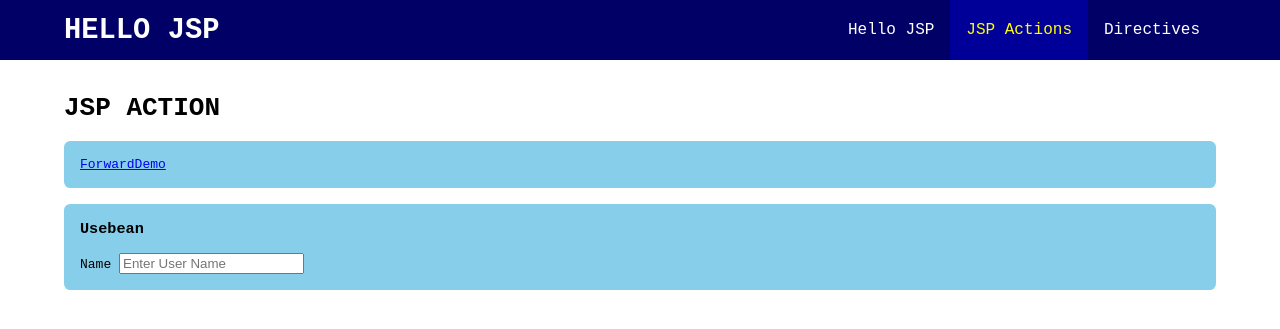
Repository: aungmyattthu/javaWeb
Page: http://localhost/HelloJsp/actions.jsp
These files come from the project's save history. The page is drawn as it stood at one moment and after the next save; the edit follows.
The browser window is 1280 px wide. The pictures show the whole page.
The page is served by Tomcat 9.

Above is the page before, as saved 2023-04-22 10:50:01.

After the next save:
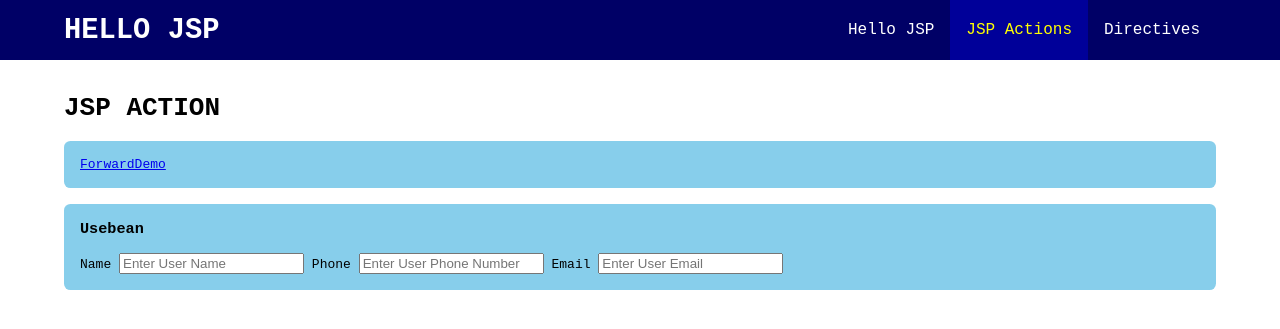
Saved 4 min 1 s later.
--- a/HelloJsp/src/main/webapp/actions.jsp
+++ b/HelloJsp/src/main/webapp/actions.jsp
@@ -28,6 +28,12 @@
 			<div class="form-group">
 				<label for="">Name</label>
 				<input type="text" name="name" placeholder="Enter User Name"/>
+
+				<label for="">Phone</label>
+				<input type="tel" name="phone" placeholder="Enter User Phone Number"/>
+
+				<label for="">Email</label>
+				<input type="email" name="email" placeholder="Enter User Email"/>
 			</div>
 		</form>
 		</section>
